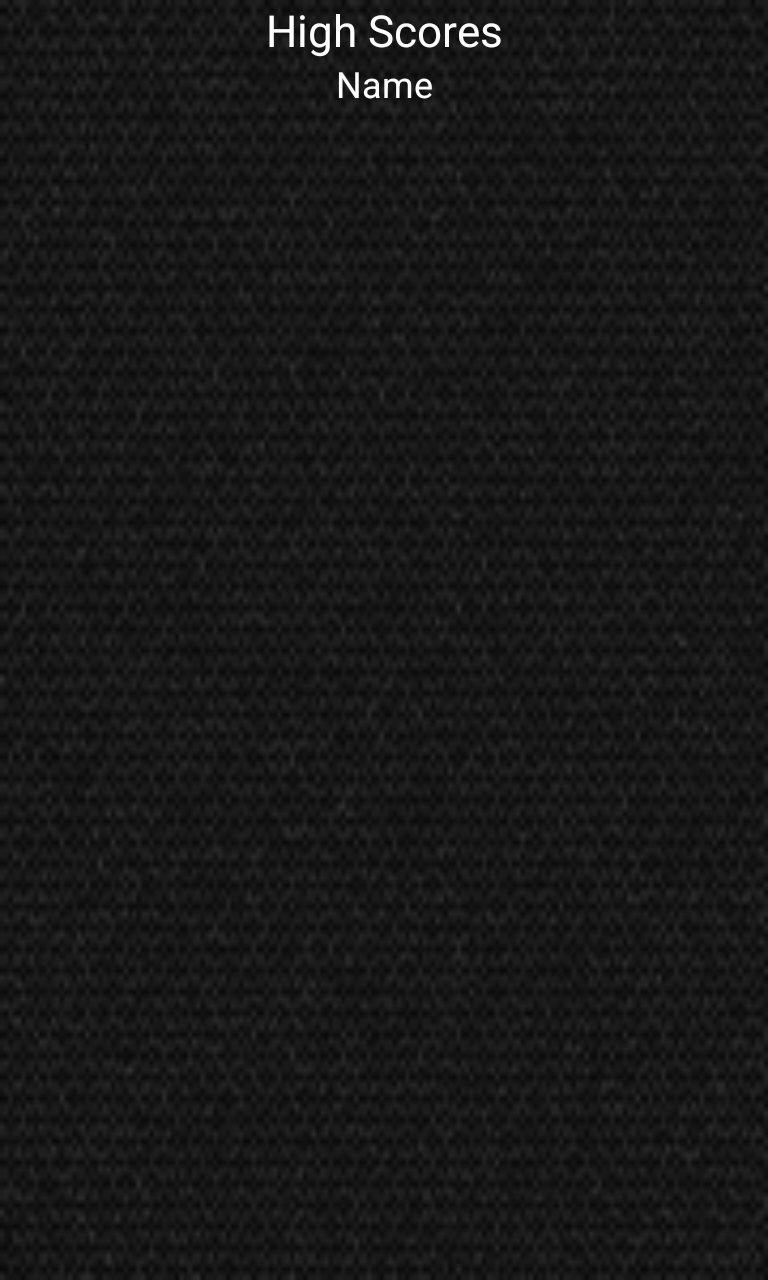
Repository: Tacohen/Killbots
Layout: Killbots/res/layout/high_scores.xml
An editor plug-in stored every save of this project. The layout is shown before and after the next save, followed by the edit.
It is drawn on a 768 x 1280 px phone screen (xhdpi) without system bars, with theme AppTheme; the app's code is not run.

Above is the layout before, as saved 2013-12-08 01:35:08.

After the next save:
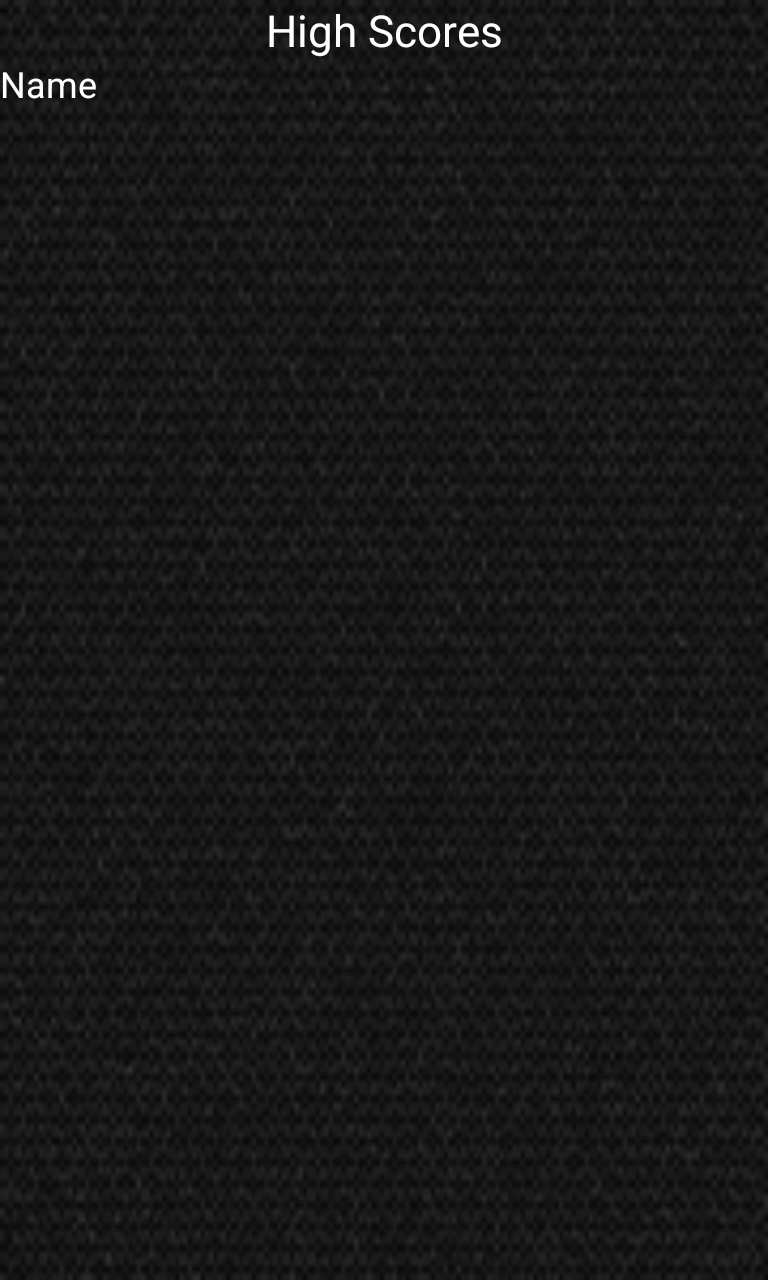
Saved 46 s later.
--- a/Killbots/res/layout/high_scores.xml
+++ b/Killbots/res/layout/high_scores.xml
@@ -19,11 +19,18 @@
         android:layout_height="wrap_content" >
 
         <TextView
-        android:id="@+id/intoText"
+        android:id="@+id/nameText"
         android:layout_width="match_parent"
         android:layout_height="wrap_content"
-        android:gravity="center"
         android:text="Name"
+        android:textAppearance="?android:attr/textAppearanceMedium"
+        android:textColor="#FFFFFF" />
+
+        <TextView
+        android:id="@+id/scoreText"
+        android:layout_width="match_parent"
+        android:layout_height="wrap_content"
+        android:text="Score"
         android:textAppearance="?android:attr/textAppearanceMedium"
         android:textColor="#FFFFFF" />
     </LinearLayout>
